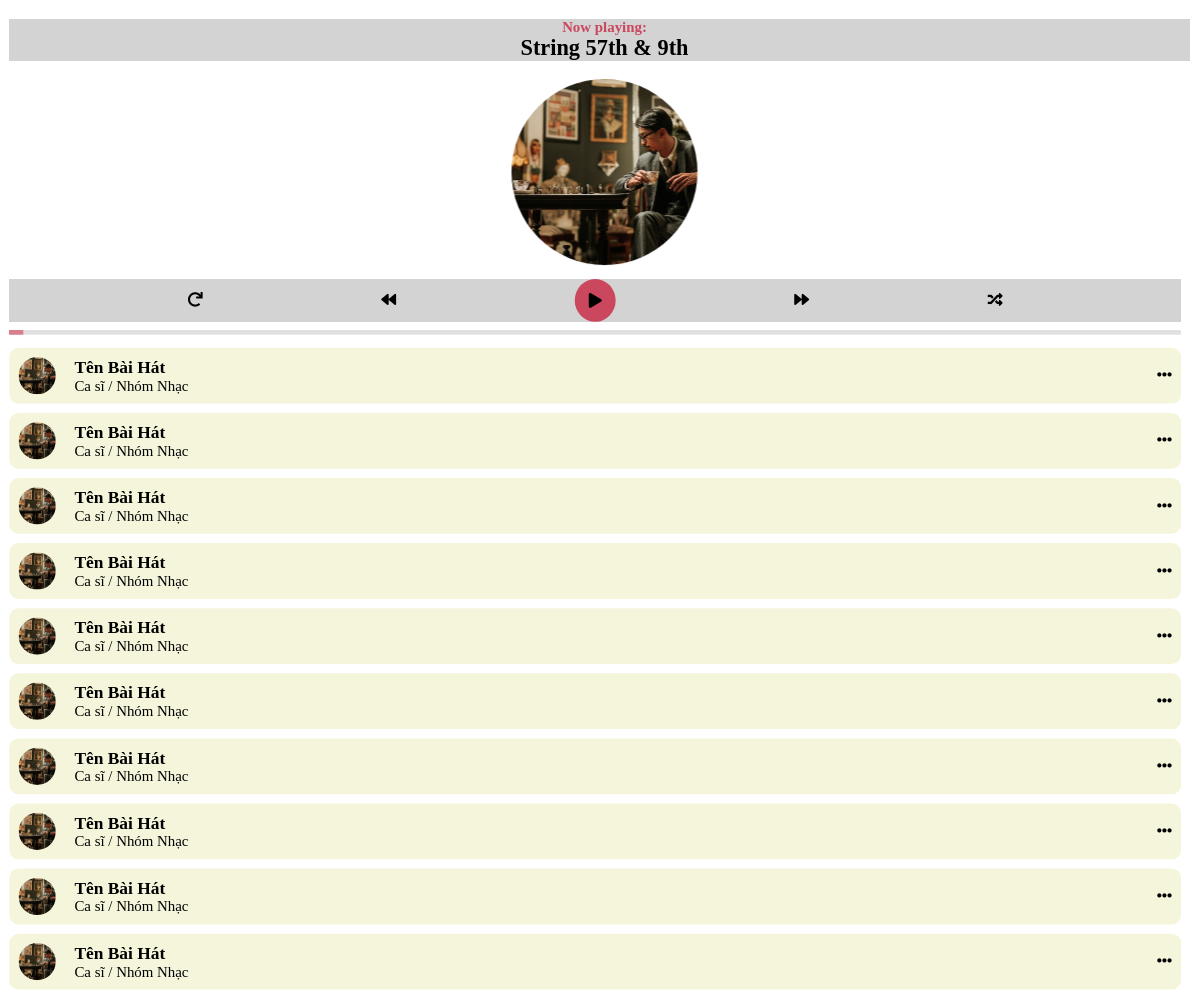
Repository: dovanthao2404/AppMusicPlayer
Page: index.html
An editor plug-in stored every save of this project. The page is shown before and after the next save, followed by the edit.
The browser window is 1280 px wide. The pictures show the whole page, at 93% of full size.

Above is the page before, as saved 2021-06-28 11:11:06.

After the next save:
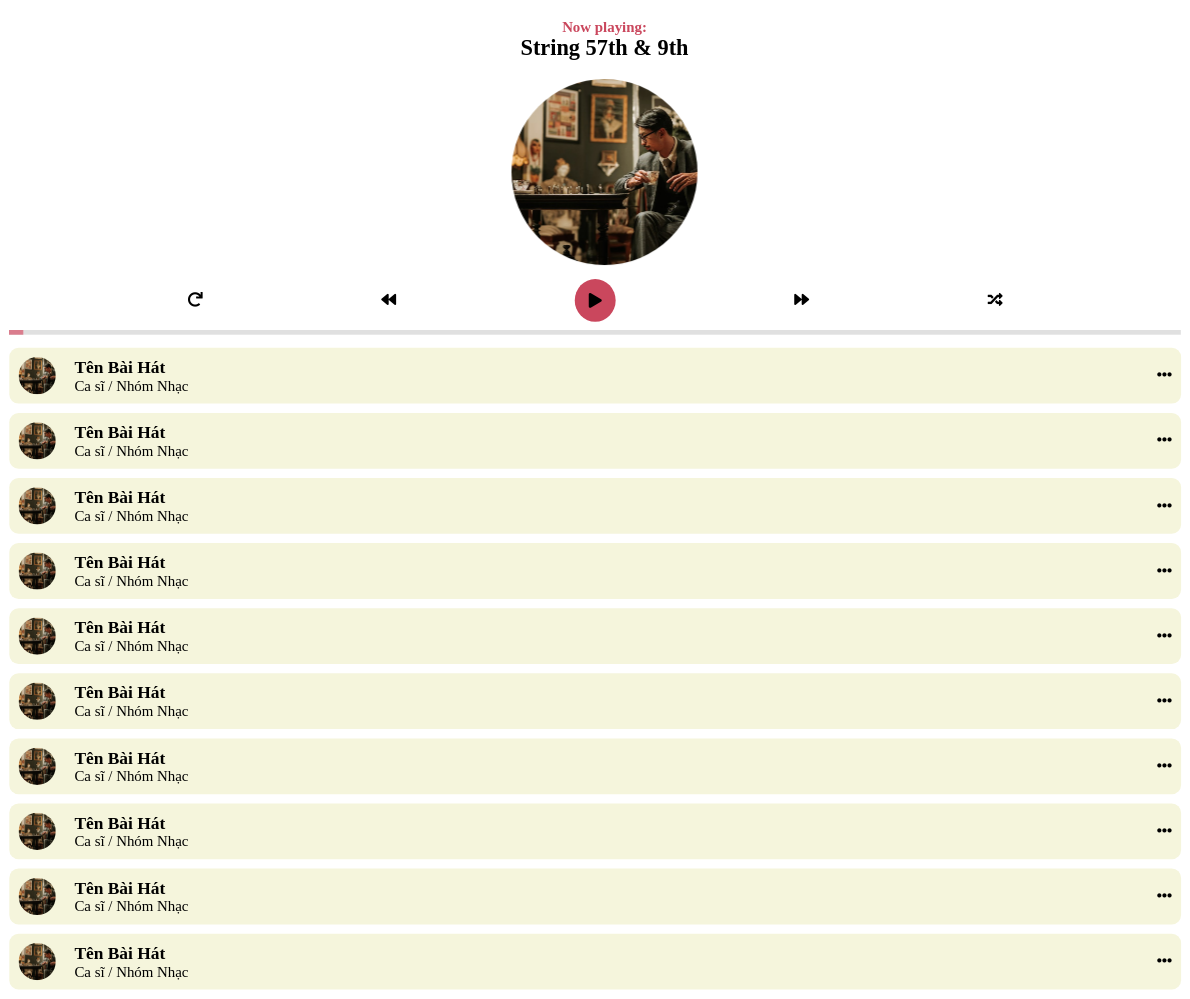
Saved 21 s later.
--- a/css/app.css
+++ b/css/app.css
@@ -15,7 +15,6 @@ header {
   top: 0;
   width: 100%;
   z-index: 9999;
-  background-color: #d3d3d3;
 }
 header h4 {
   color: rgb(202, 71, 93);
@@ -24,7 +23,6 @@ header h4 {
   position: fixed;
   top: 85px;
   width: 100%;
-  background-color: #d3d3d3;
   z-index: 9999;
 }
 .cd .thumb {
@@ -48,7 +46,6 @@ header h4 {
   margin-top: 300px;
   position: sticky;
   top: 85px;
-  background-color: #d3d3d3;
   z-index: 9999;
 }
 .btn-toggle-play .fa {
@@ -69,7 +66,6 @@ header h4 {
   transition: opacity 0.2s;
   position: sticky;
   top: 145px;
-  background-color: #d3d3d3;
   z-index: 9999;
 }
 .progress::-webkit-slider-thumb {
